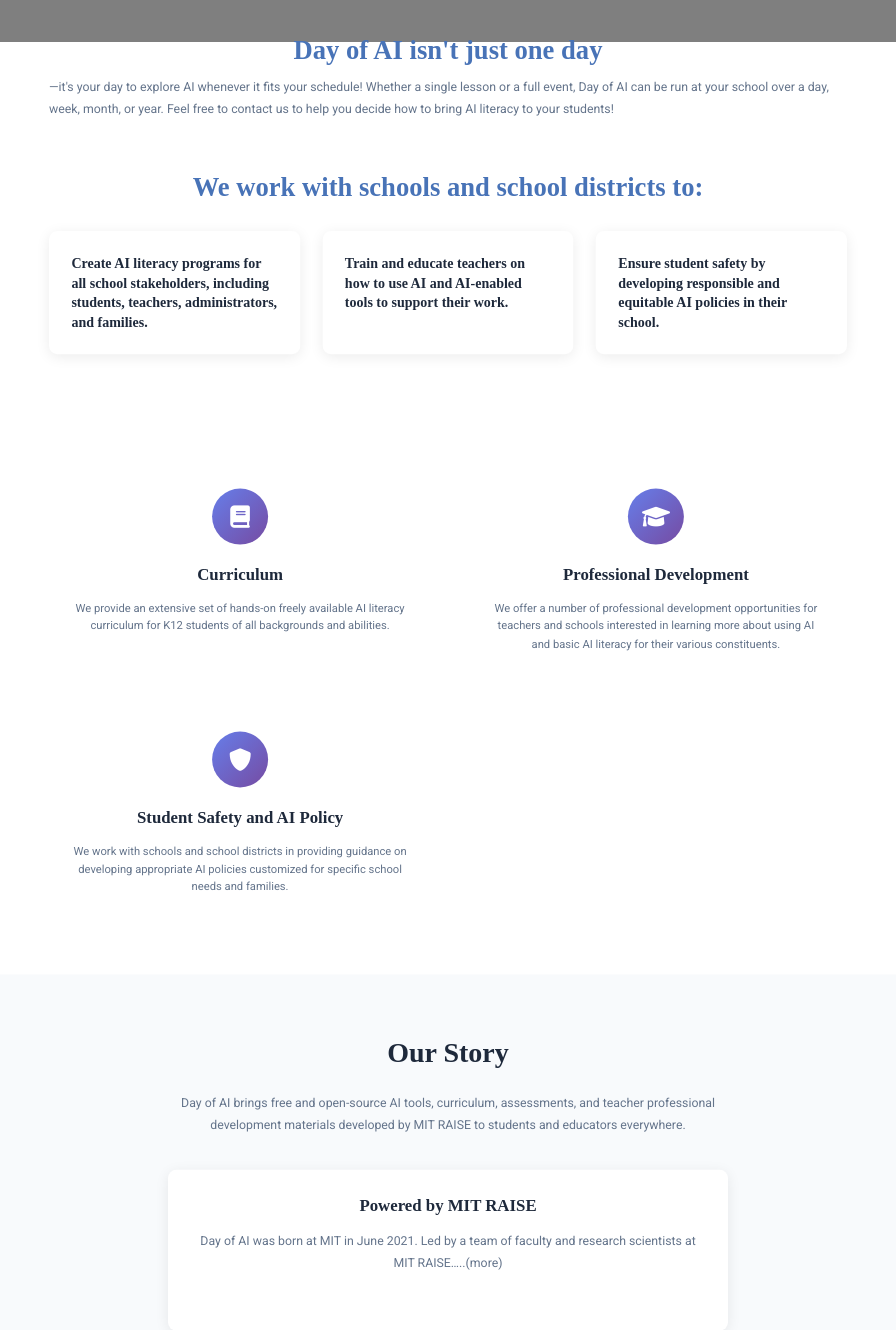
Repository: dinhtri123/dayofai
Page: index.html
An editor plug-in stored every save of this project. The page is shown before and after the next save, followed by the edit.
The browser window is 1280 px wide. The pictures show the part of the page from y = 660 to 2560 px (the page is 3720 px tall before and 3901 px after), at 70% of full size.
A picture or video elsewhere on the page could not be fetched, so the positions and the page height are approximate. Some web fonts or font styles are not loaded; a fallback is used.

Above is the page before, as saved 2025-06-29 08:43:03.

After the next save:
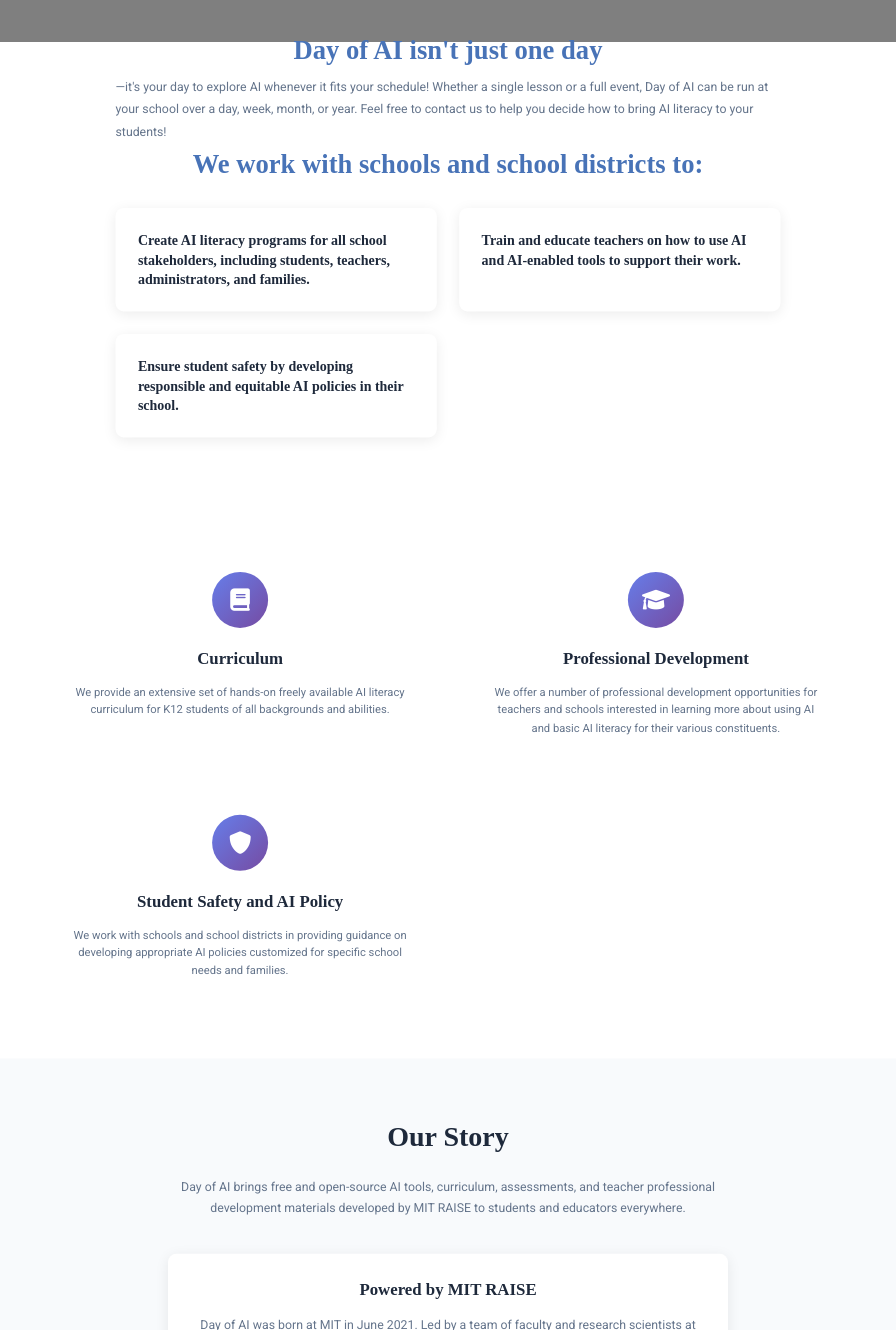
Saved 29 s later.
--- a/styles.css
+++ b/styles.css
@@ -280,8 +280,8 @@
 }
 
 .content-grid {
-  display: grid;
-  gap: 4rem;
+  max-width: 950px;
+  margin: 0 auto;
 }
 
 .content-item h2 {
